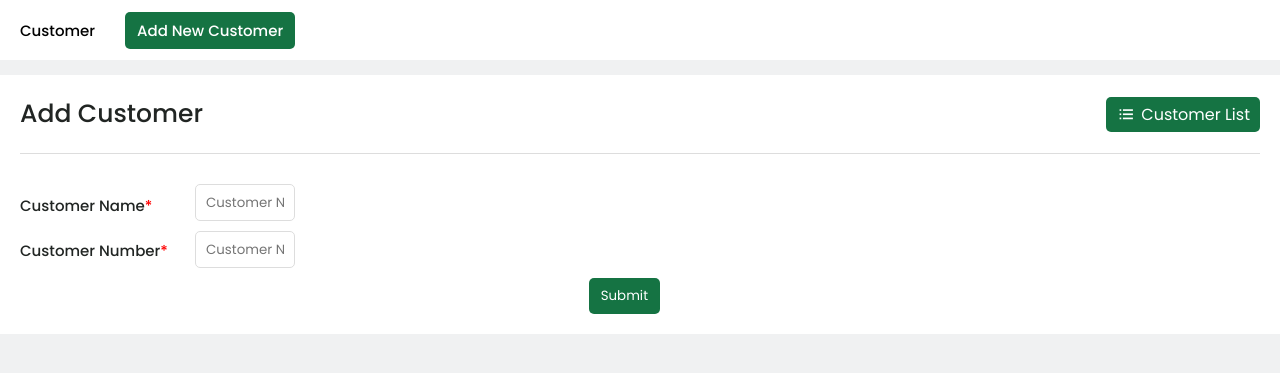
Repository: codebyaddro/customer-page
Page: pages/html/ancus.html
An editor plug-in stored every save of this project. The page is shown before and after a run of saves, followed by the edit.
The browser window is 1280 px wide. The pictures show the whole page.

Above is the page before, as saved 2025-02-20 15:24:01.

After the next 2 saves:
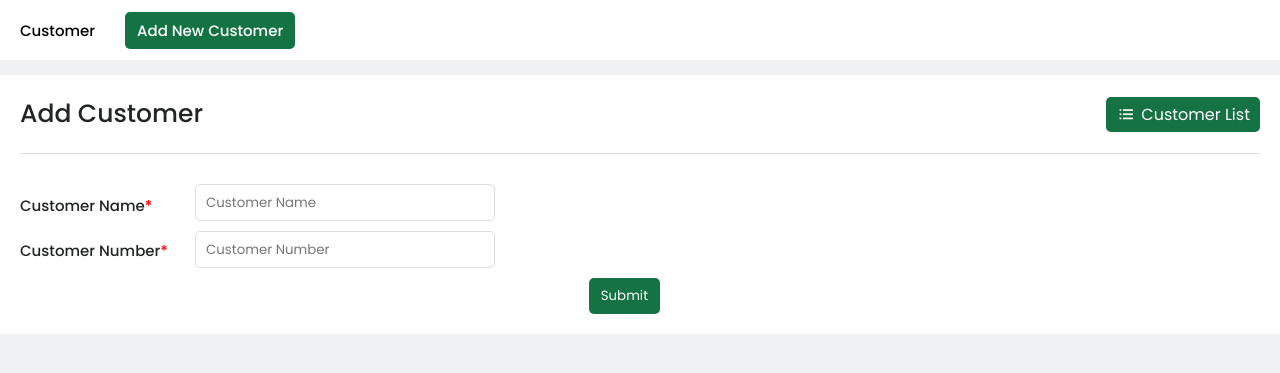
The 2 saves are shown as one change because they came seconds apart.
The last was saved 8 s later.
--- a/pages/css/ancus.css
+++ b/pages/css/ancus.css
@@ -169,7 +169,7 @@
 }
 
 .cba-ancus-input > input {
-    width: 100px!important;
+    width: 300px!important;
     padding: 7.5px 10px;
     border: 1px solid var(--gray-black);
     border-radius: 5px;
